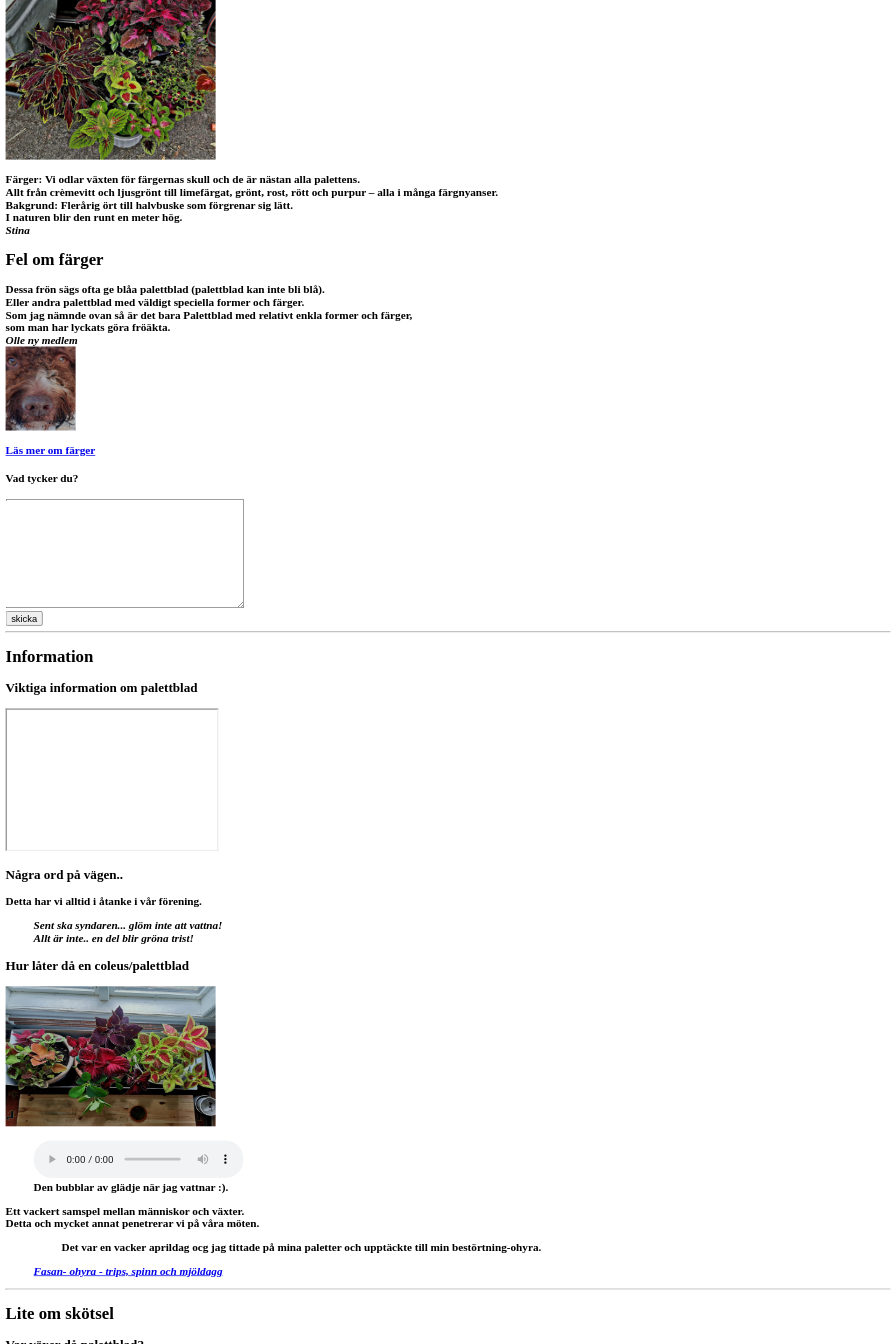
Repository: Webutveckling-20-21/Uppgift-1
Page: blogg.html
The author's editor kept a copy of each file at every save. The page is drawn from the files as they stood at one save, then again after a run of saves.
The browser window is 1280 px wide. The pictures show the part of the page from y = 960 to 2880 px (the page is 3460 px tall), at 70% of full size.
Pictures or frames that could not be fetched are drawn as grey boxes.

Above is the page before, as saved 2021-09-07 22:43:51.

After the next 2 saves:
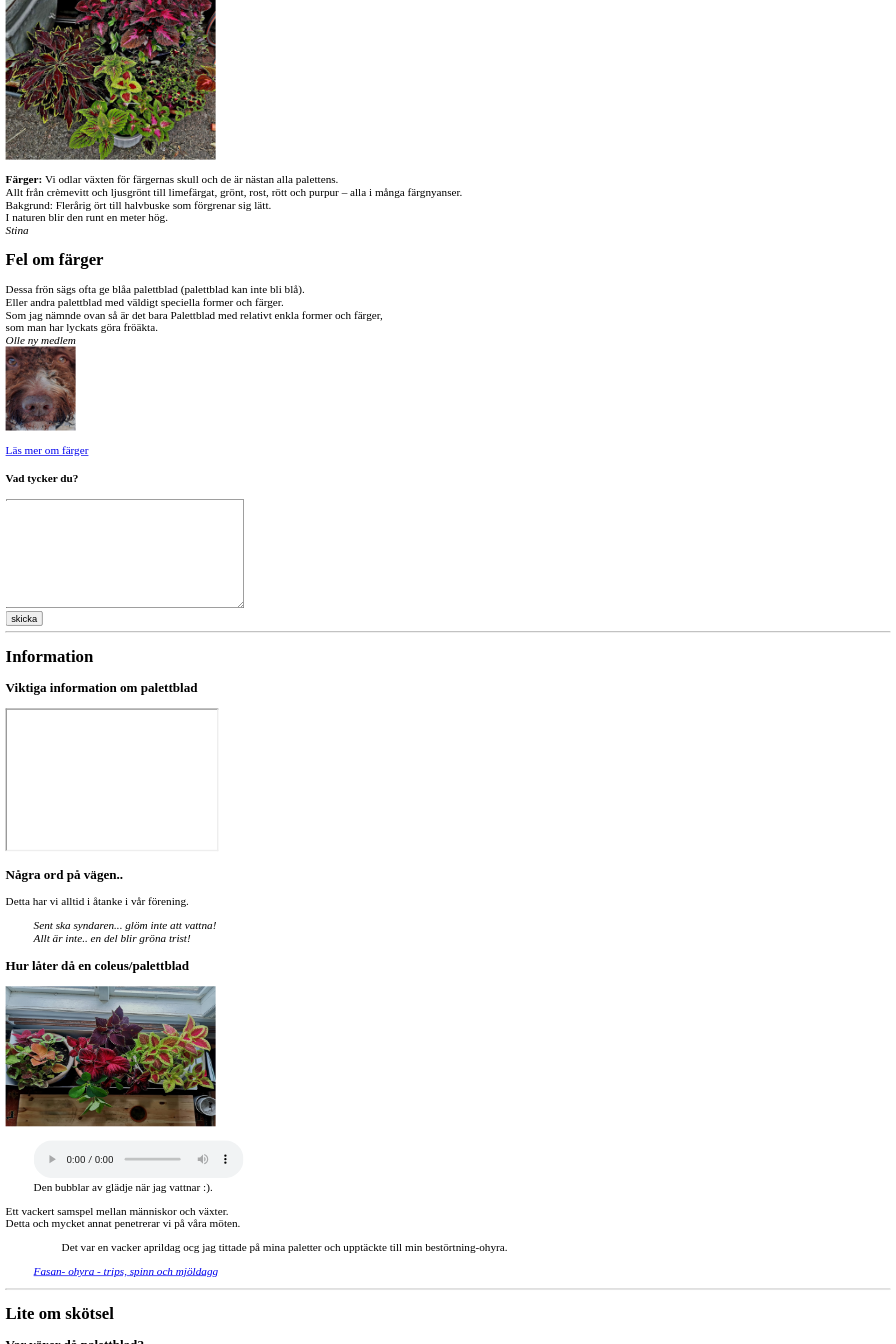
The 2 saves are shown as one change because they came seconds apart.
The last was saved 7 s later.
--- a/blogg.html
+++ b/blogg.html
@@ -71,7 +71,7 @@
                 <!-- Andra inlägget  -->
                 <h2>Färger och korsningar</h2>
                 <img src="images/palett.jpg" width="300" height="300"alt="palettfärger"> <br>
-                <p> <b> Färger: Vi odlar växten för färgernas skull och de är nästan alla palettens. <br> Allt från
+                <p> <b> Färger: </b> Vi odlar växten för färgernas skull och de är nästan alla palettens. <br> Allt från
                     crèmevitt
                     och ljusgrönt till limefärgat, grönt, rost, rött och purpur – alla i många färgnyanser. <br>
                     Bakgrund:
